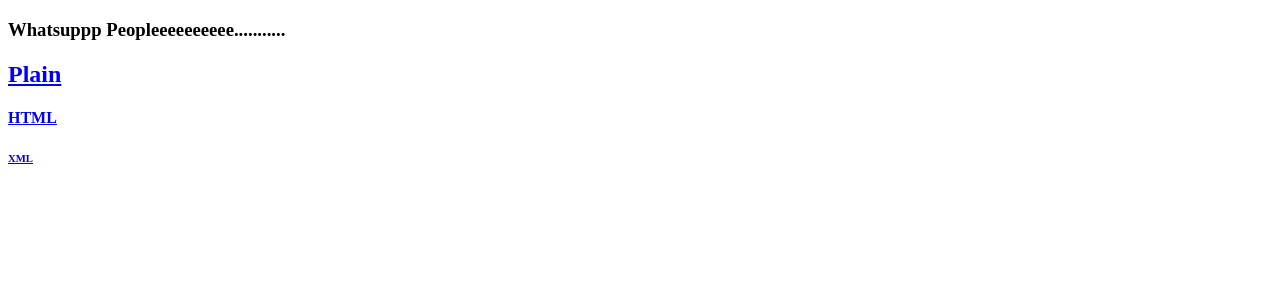
Repository: SakshiTiwari28/Java-Assignment
Page: RestFul/TrivagoHotel/WebContent/index.html
An editor plug-in stored every save of this project. The page is shown before and after the next save, followed by the edit.
The browser window is 1280 px wide. The pictures show the whole page.

Above is the page before, as saved 2019-07-25 19:51:07.

### RestFul/TrivagoHotel/WebContent/index.html
<!DOCTYPE html>
<html>
<head>
<meta charset="ISO-8859-1">
<title>Trivago Home</title>
<style type="text/css">
body{
background-color:white;
}
</style>
</head>
<body>
<h3>Whatsuppp Peopleeeeeeeeee...........</h3>
<h2><a href="http://localhost:8082/HelloWebService/zenrest/zenhello"> Plain</a></h2>
<h4><a href="http://localhost:8082/HelloWebService/zenrest/zenhello/welcome/">HTML</a></h4>
<h6><a href="http://localhost:8082/HelloWebService/zenrest/zenhello/welcomexml/">XML</a></h6>
</body>
</html>

After the next save:
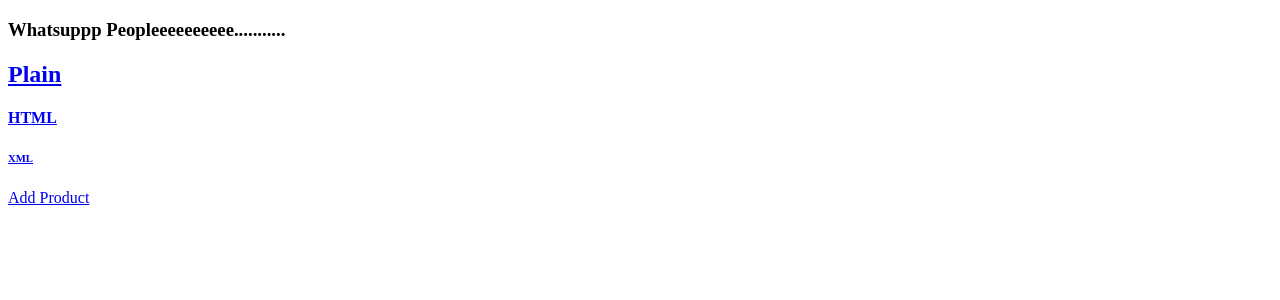
Saved 21 min 44 s later.
--- a/RestFul/TrivagoHotel/WebContent/index.html
+++ b/RestFul/TrivagoHotel/WebContent/index.html
@@ -14,5 +14,6 @@ background-color:white;
 <h2><a href="http://localhost:8082/HelloWebService/zenrest/zenhello"> Plain</a></h2>
 <h4><a href="http://localhost:8082/HelloWebService/zenrest/zenhello/welcome/">HTML</a></h4>
 <h6><a href="http://localhost:8082/HelloWebService/zenrest/zenhello/welcomexml/">XML</a></h6>
+<p> <a href="addProduct.html">Add Product</a>
 </body>
 </html>
